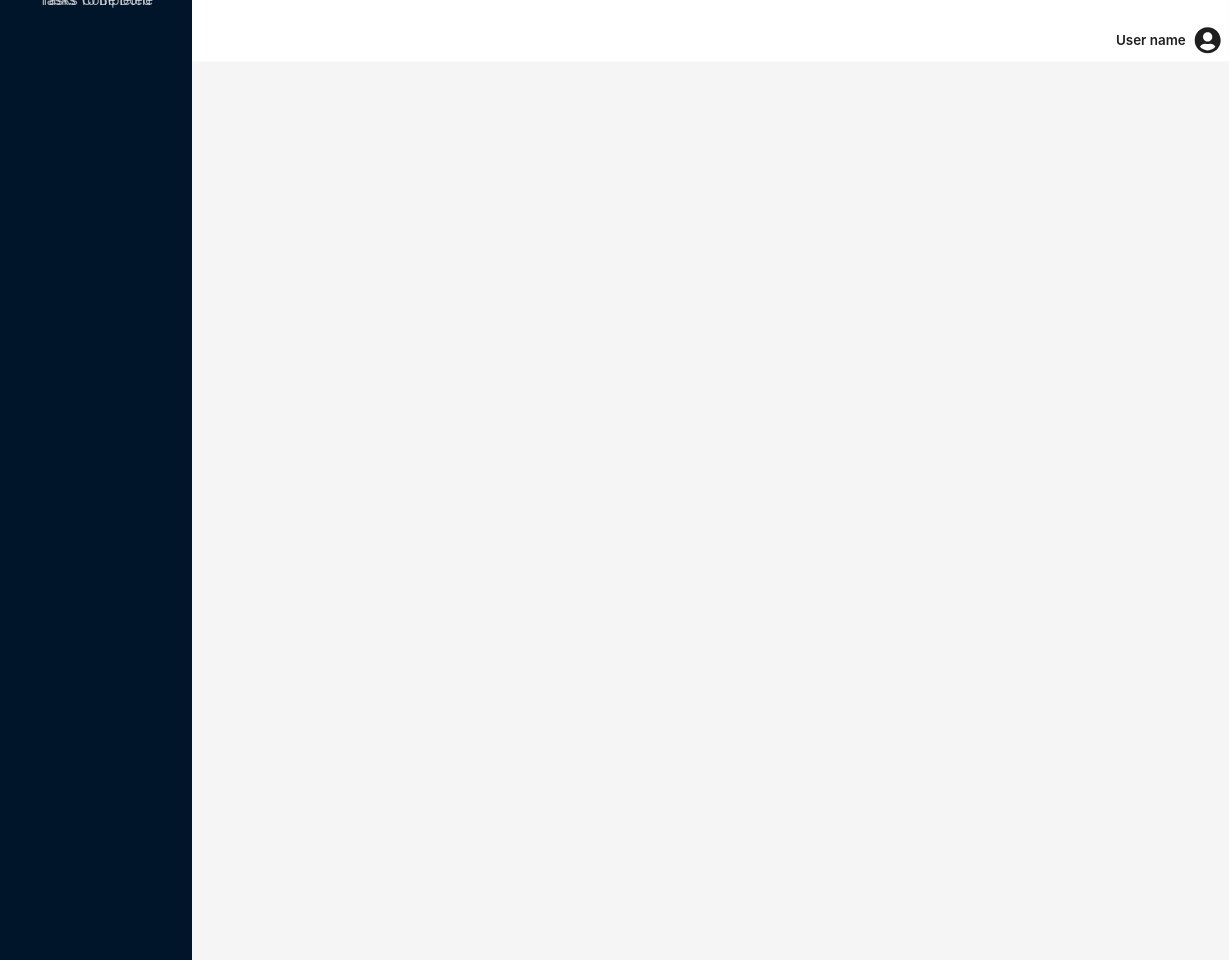
Repository: runner855/todolist_new
Page: /
The author's editor kept a copy of each file at every save. The page is drawn from the files as they stood at one save, then again after the next save.
The browser window is 1280 px wide. The pictures show the whole page, at 96% of full size.
Pictures or frames that could not be fetched are drawn as grey boxes. The project was rebuilt for these pictures with package versions that can differ from the ones it lists, and the page was loaded fresh each time.

Above is the page before, as saved 2023-03-19 18:37:31.

After the next save:
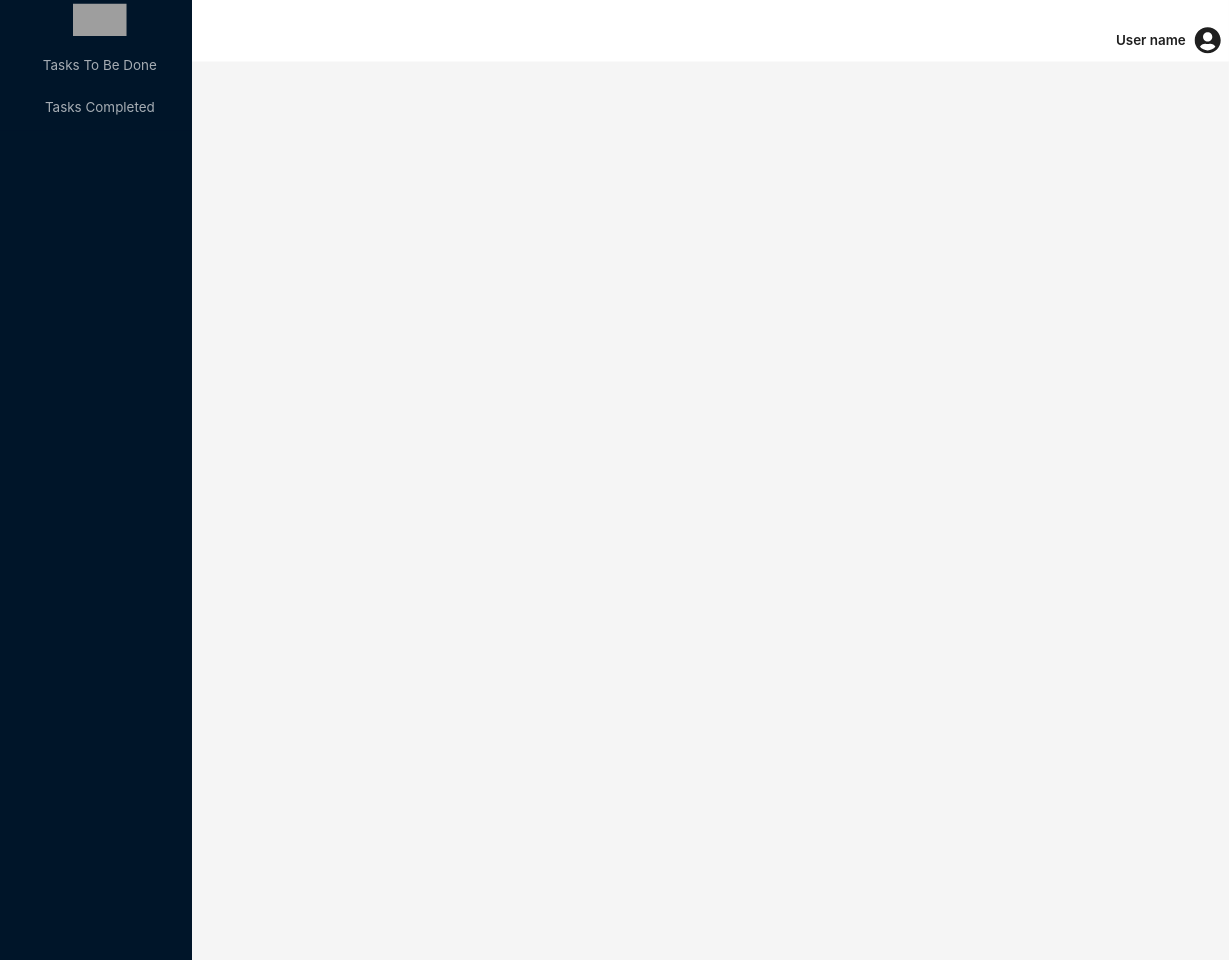
Saved 48 s later.
--- a/src/components/NavBar/NavBar.tsx
+++ b/src/components/NavBar/NavBar.tsx
@@ -4,8 +4,6 @@ import { Layout, Menu, theme } from 'antd';
 import { FaUserCircle } from 'react-icons/fa';
 import { PagesArray } from '../../Utilities/Utility'
 import "../NavBar/NavBar.css";
-import { ItemRender } from 'antd/es/upload/interface';
-import { Link, NavLink } from 'react-router-dom';
 
 const { Header, Content, Footer, Sider } = Layout;
 
@@ -32,18 +30,18 @@ export const NavBar = () => {
         <Menu
           theme="dark"
           mode="inline"
-          className='menu'
           // defaultSelectedKeys={['2']}
+          items={PagesArray && PagesArray.map(
+            (item, index) => ({
+              key: index,
+
+              label:  item.label ? item.label :
+              <img  className="logo"src={item.image} alt="logo"/>
+            })
+          )}
 
 
-
-        >{PagesArray && PagesArray.map((item, index) => {
-          return (
-            <ul className='links'>
-              <li className='x'>{item.label}</li>
-            </ul>
-          )
-        })}</Menu>
+        />
       </Sider>
       <Layout>
         <Header style={{ padding: 0, background: colorBgContainer }}>
